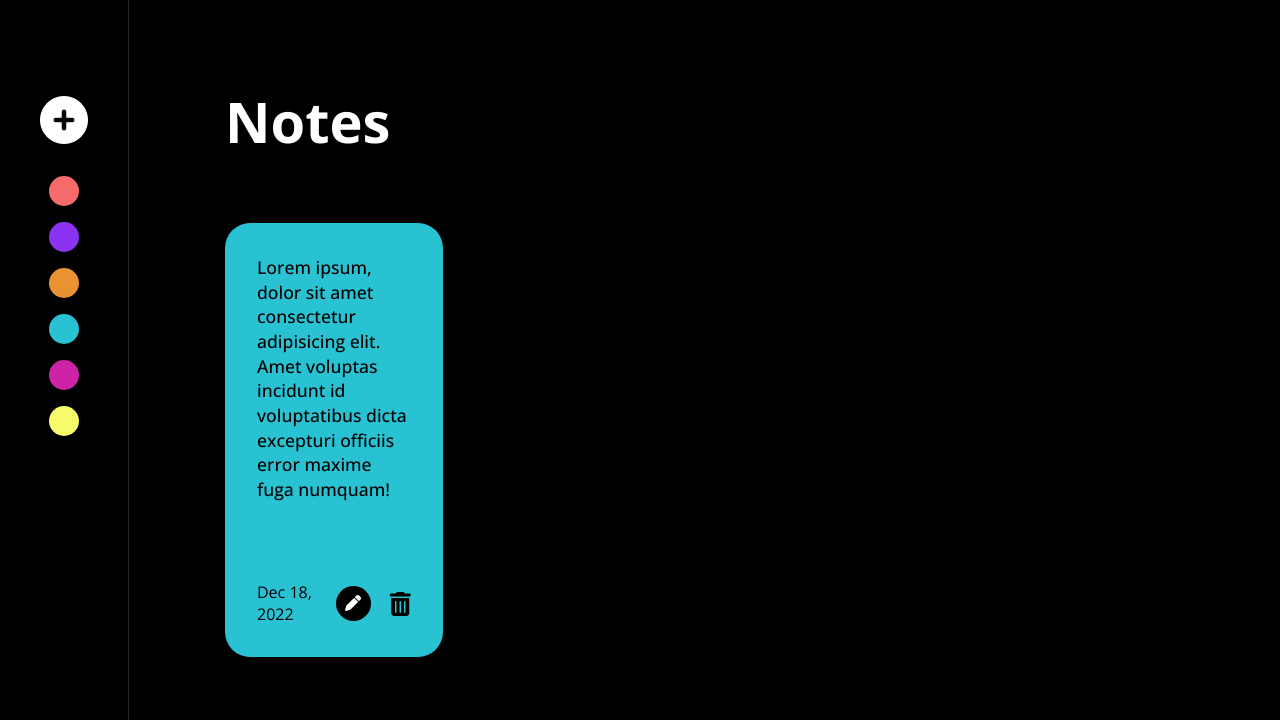
Repository: emiliaiwu/notes_app
Page: index.html
These files come from the project's save history. The page is drawn as it stood at one moment and after the next save; the edit follows.
The browser window is 1280 px wide. The pictures show the whole page.
Some web libraries are served in a nearby version.

Above is the page before, as saved 2022-12-19 23:54:18.

### index.html
<!DOCTYPE html>
<html lang="en">
<head>
    <meta charset="UTF-8">
    <meta http-equiv="X-UA-Compatible" content="IE=edge">
    <meta name="viewport" content="width=device-width, initial-scale=1.0">
    <script src="https://kit.fontawesome.com/fd9c36575f.js" crossorigin="anonymous"></script>
    <link rel="stylesheet" href="style.css">
    <title>Notes App</title>
</head>
<body>
    <div class="container">
        <div class="add">
            <div class="add_card"><i class="fa-solid fa-circle-plus"></i></div>
            <ul class="card_colors">
                <li class="card_color c1"></li>
                <li class="card_color c2"></li>
                <li class="card_color c3"></li>
                <li class="card_color c4"></li>
                <li class="card_color c5"></li>
                <li class="card_color c6"></li>
            </ul>
        </div>
        <div class="cards_container">
            <h1>Notes</h1>
            <div class="cards">

                <div class="card">
                    <p class="text">
                        Lorem ipsum, dolor sit amet consectetur adipisicing elit. Amet voluptas incidunt id voluptatibus dicta excepturi officiis error maxime fuga numquam!
                    </p>
                    <div class="footer close">
                        <div class="date">Dec 18, 2022</div>
                        <div class="edit_delete">
                           <div class="edit"><i class="fa-solid fa-pen"></i></div>
                           <div class="delete"><i class="fa-solid fa-trash-can"></i></div>
                        </div>
                    </div>
                    <div class="footer open">
                        <ul class="edit_settings">
                            <li class="bold"><i class="fa-solid fa-bold"></i></li>
                            <li class="italic"><i class="fa-solid fa-italic"></i></li>
                            <li class="underline"><i class="fa-solid fa-underline"></i></li>
                            <li class="strikethrough"><i class="fa-solid fa-strikethrough"></i></li>
                            <li class="toggleBtn"><i class="fa-solid fa-list-ul"></i></li>
                            <li class="add_image"><i class="fa-solid fa-image"></i></li>
                        </ul>
                    </div>
                </div>




            </div>
        </div>




    </div>

</body>
</html>

### style.css
@import url('https://fonts.googleapis.com/css2?family=Open+Sans:wght@300;400;500;700&display=swap');


* {
    margin: 0;
    padding: 0;
    box-sizing: border-box;
    list-style-type: none;

}

body {
    font-family: 'Open Sans', sans-serif;
    width: 100vw;
    height: 100vh;
    background-color: #000;
    color: #fff;

}

h1 {
    font-size: 3.5rem;
    margin-bottom: 4rem;
    color: #fff;
}

.container {
    display: flex;
    width: 100%;
    height: 100%;
    gap: 2rem;
}

.add {
    border-right: 1px solid rgba(255, 255, 255, 0.15);
    min-height: 100vh;
    display: flex;
    flex-direction: column;
    align-items: center;
    padding: 6rem 2.5rem;

}

.card_color {
    width: 30px;
    height: 30px;
    border-radius: 50%;
    margin-bottom: 1rem;

}

.fa-circle-plus {
    font-size: 3rem;
    margin-bottom: 2rem;
}

.c1 {
    background-color: #F66B6B;
}

.c2 {
    background-color: #8C33F3;
}

.c3 {
    background-color: #EA9231;
}

.c4 {
    background-color: #29C2D3;
}

.c5 {
    background-color: #CC23A7;
}

.c6 {
    background-color: #F7FC6C;
}






/* CARDS CONTAINER */

.cards_container {
    padding: 5.2rem 4rem;
    height: 100%;
    overflow-y: scroll;
    width: 100%;
    color: #000;
}

.cards {
    display: grid;
    /* grid-template-columns: repeat(auto-fit, minmax(19rem, 1fr)); */
    grid-template-columns: repeat(4, 1fr);
    gap: 2.5rem;
}

.card {
    display: flex;
    flex-direction: column;
    justify-content: space-between;
    background-color: #29C2D3;
    padding: 2rem 2rem 1rem 2rem;
    border-radius: 25px;
}

.close,
.edit_settings {
    display: flex;
    justify-content: space-between;

}

.text {
    margin-bottom: 5rem;
    font-size: 1.1rem;
    font-weight: 500;
    line-height: 1.4;
}




.edit_delete,
.edit {
    display: flex;
    align-items: center;
}

.edit_delete {
    gap: 1.2rem;
    justify-content: space-between;
}

.edit {
    background-color: #000;
    width: 35px;
    height: 35px;
    border-radius: 50%;
    color: #fff;
    justify-content: center;
}

.delete {
    font-size: 1.5rem;
}

/* .fa-trash-can {
    margin-left: 1rem;
} */






.edit_settings {
    border-top: 1px solid rgba(0, 0, 0, 0.178);;
    width: 100%;
    padding: 1rem;
}

ul li i {
    font-size: 1.2rem;
}












/* OPEN AND CLOSE FUNCTIONALITY */

.open {
    display: none;

}

.close {
    padding-bottom: 1rem;
    align-items: center;
}

After the next save:
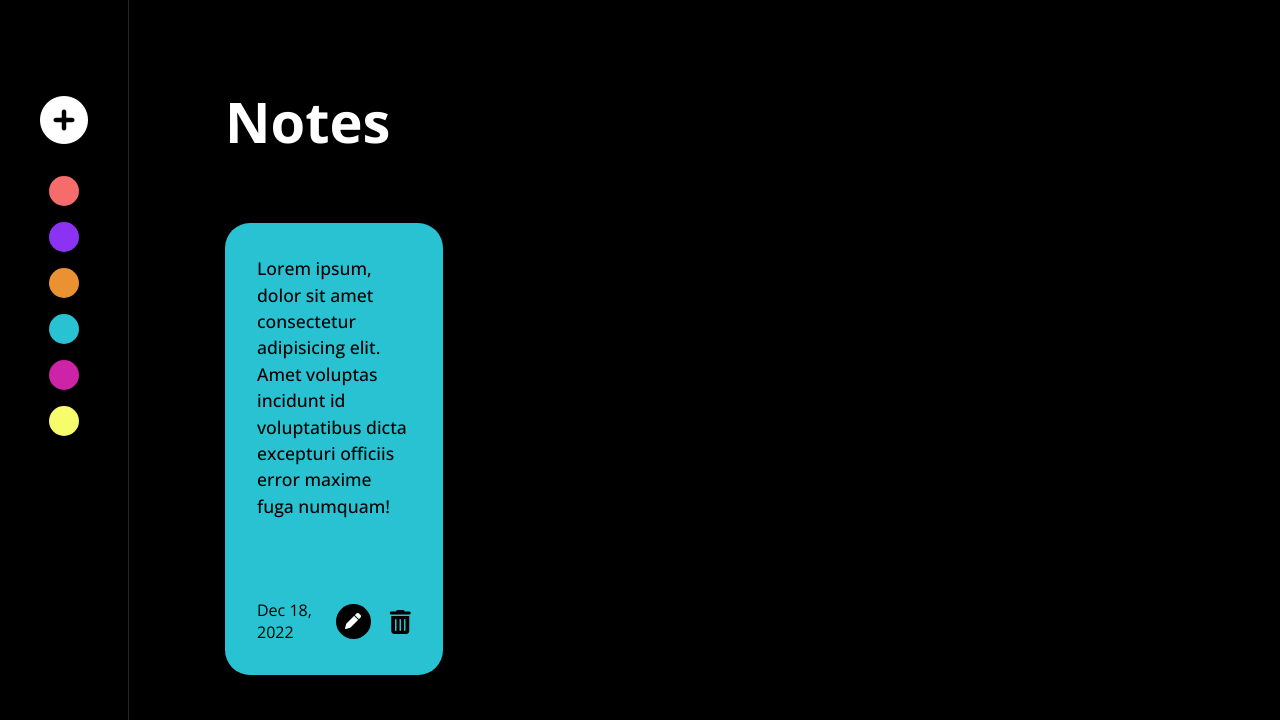
Saved 9 s later.
--- a/style.css
+++ b/style.css
@@ -120,7 +120,7 @@ h1 {
     margin-bottom: 5rem;
     font-size: 1.1rem;
     font-weight: 500;
-    line-height: 1.4;
+    line-height: 1.5;
 }
 
 
